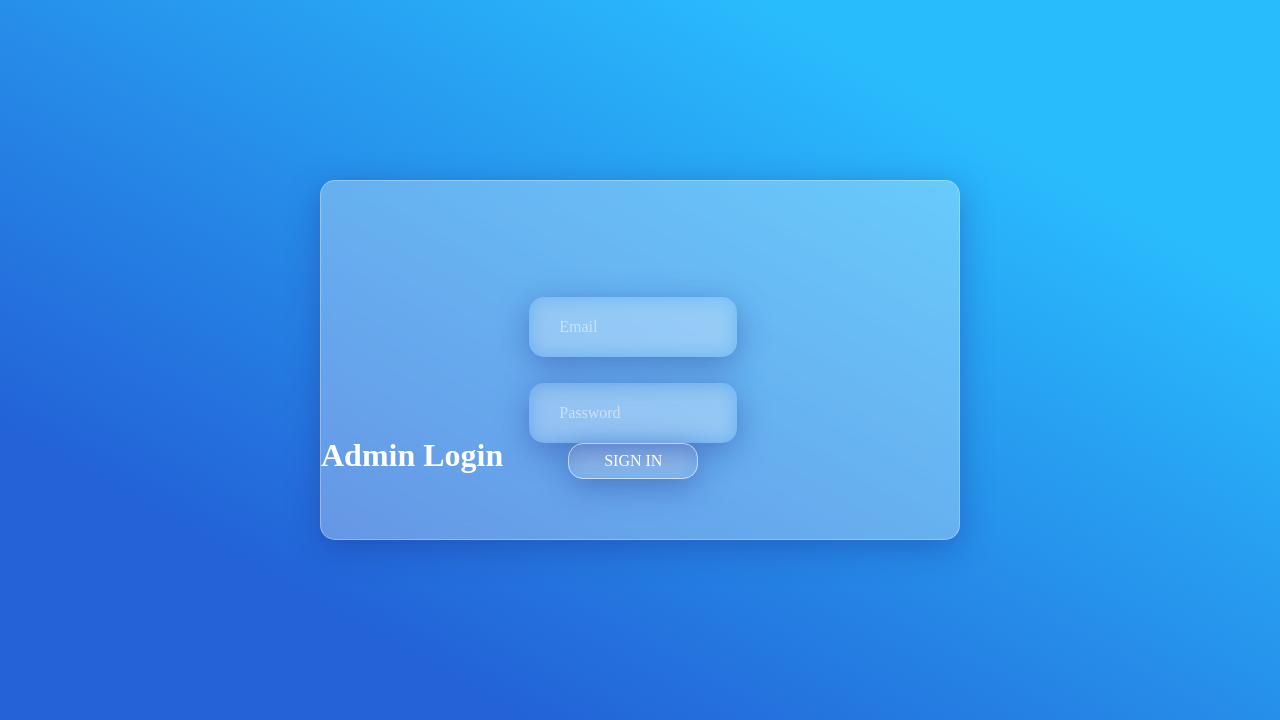
Repository: LEEYONGJUN3068/cms
Page: /login
An editor plug-in stored every save of this project. The page is shown before and after the next save, followed by the edit.
The browser window is 1280 px wide. The pictures show the whole page.
The page's requests for data from a server got no answer. The project was rebuilt for these pictures with package versions that can differ from the ones it lists, and the page was loaded fresh each time. The framework's server and built-in components were replaced by stand-ins that run in the browser. No one was signed in, and anything a server would have sent is missing. Also part of the build but not shown: next.config.mjs.

Above is the page before, as saved 2025-09-23 15:22:14.

After the next save:
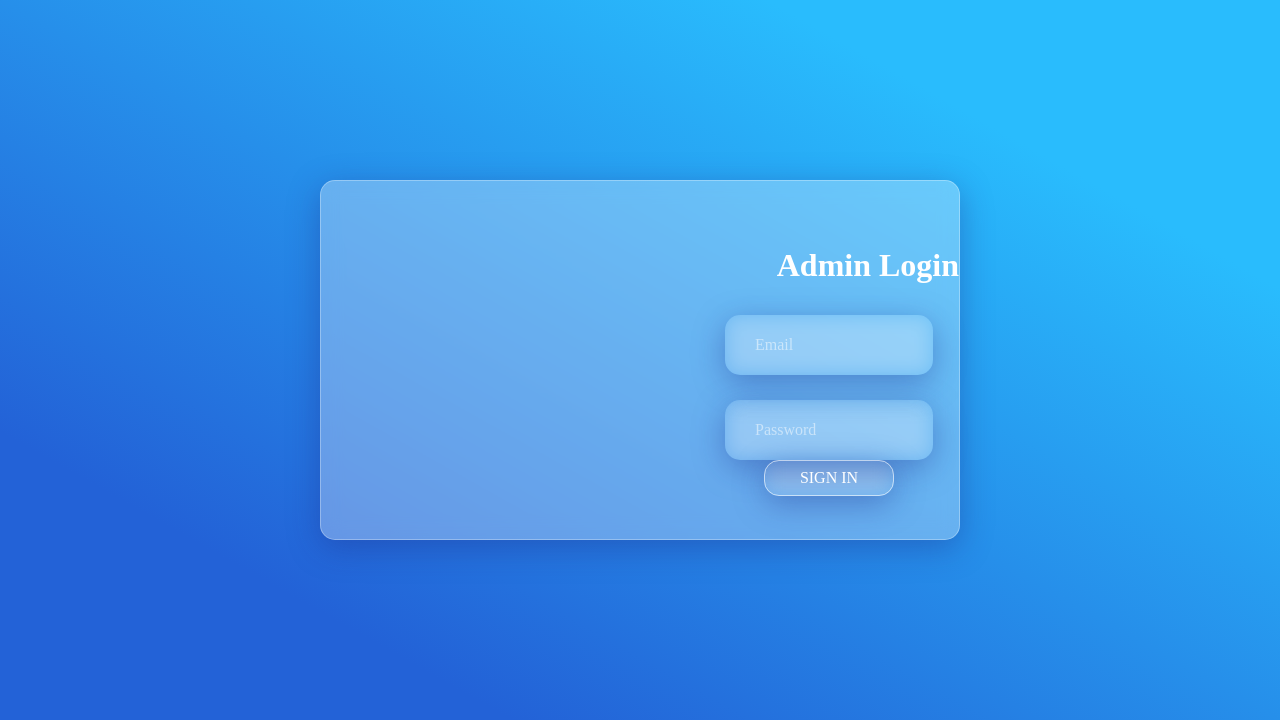
Saved 5 s later.
--- a/src/app/login/login.module.scss
+++ b/src/app/login/login.module.scss
@@ -21,7 +21,8 @@
         padding: clamp(0px, 5vw, 60px) 0;
         color: white;
         display: flex;
-        align-items: end;;
+        flex-direction: column;
+        align-items: end;
 
         h2{
             position: relative;
